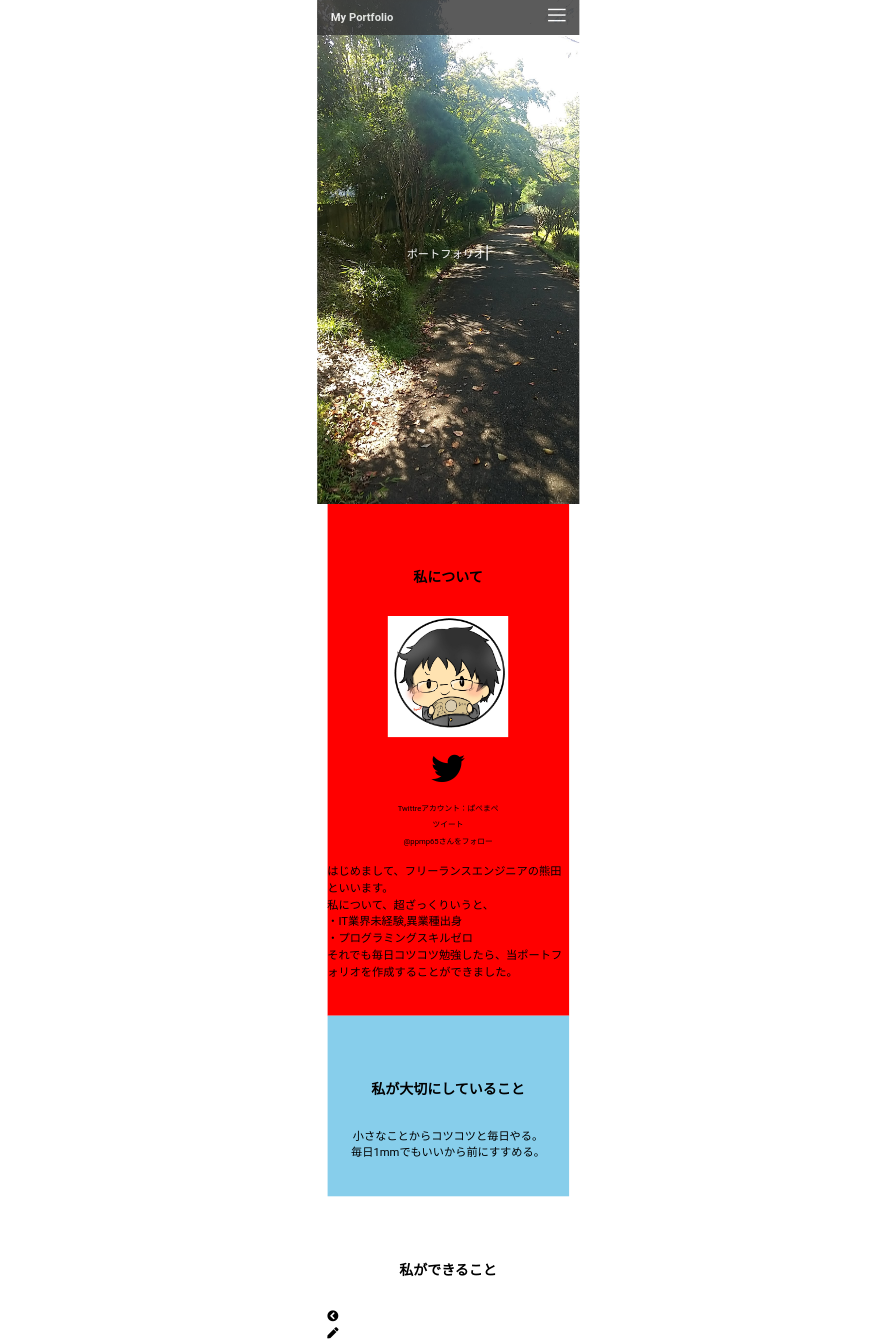
Repository: ppmp556/portfolio6
Page: index copy.html
An editor plug-in stored every save of this project. The page is shown before and after the next save, followed by the edit.
The browser window is 1280 px wide. The pictures show the part of the page from y = 0 to 1920 px (the page is 3189 px tall), at 70% of full size.
Some web libraries are served in a nearby version. The style sheet was rebuilt from its Sass, Less or Tailwind sources for each picture, by a compiler version that may differ from the author's.

Above is the page before, as saved 2020-10-12 21:33:16.
Console error: TypeError: Cannot read properties of null (reading 'addEventListener')

### index copy.html
<!DOCTYPE html>
<html ja>
  <head>
    <meta charset="utf-8" />
    <meta
      name="viewport"
      content="width=device-width, initial-scale=1.0, maximum-scale=1.0, minimum-scale=1.0"
    />
    <title>ポートフォリオ</title>
    <link rel="stylesheet" href="css/faundation.css" />
    <link rel="stylesheet" href="css/main.css" />
    <link
      href="https://use.fontawesome.com/releases/v5.6.1/css/all.css"
      rel="stylesheet"
    />
    <script src="https://ajax.googleapis.com/ajax/libs/jquery/3.4.1/jquery.min.js"></script>
  </head>

  <body>
    <div class="container">

      <div class="kv" id="kv">
        <div class="kv_container">
          <img src="images/道.jpg" alt="" class="kv_img">


          <!-- <img src="/images/3566338_s.jpg" alt="" class="kv_img"> -->
          <!-- <img src="/images/3566338_s.jpg" alt="" class="kv_img"> -->
          <!-- <img src="/images/3566338_s.jpg" alt="" class="kv_img"> -->
          <!-- <img src="/images/3566338_s.jpg" alt="" class="kv_img"> -->
          <div class="kv_wrapper line">
            <p class="kv_animetype">
                ポートフォリオ<span class="line_type">|</span>
            </p><!-- /.kv_animetype -->

          </div><!-- /.kv_wrapper -->
        </div><!-- /.kv_container -->
      </div>
      <!-- /#kv.kv -->

      <header class="header" id="top">
        <div class="header_inner flex">
          <h1 class="header_ttl"><a href="index.html">My Portfolio</a></h1>
          <!-- /.header_ttl -->

          <nav class="nav">
            <!-- ハンバーガーメニュー部分 -->

            <div class="nav_ham" id="nav_toggle">
              <span class="nav_line tg1"></span>
              <span class="nav_line tg2"></span>
              <span class="nav_line tg3"></span>
            </div>
            <!-- ハンバーガーメニューここまで -->

            <ul class="nav_list flex">
              <div class="nav_inner">
                <li class="nav_item">
                  <a href="#Top" class="nav_link">TOP</a>
                </li>
                <!-- /.nav_item -->
                <li class="nav_item">
                  <a href="#about" class="nav_link">Profile</a>
                </li>
                <!-- /.nav_item -->
                <li class="nav_item">
                  <a href="#skill" class="nav_link">Skill</a>
                </li>
                <!-- /.nav_item -->
                <li class="nav_item">
                  <a href="#blog" class="nav_link">Blog</a>
                </li>
                <!-- /.nav_item -->
                <li class="nav_item">
                  <a href="#create" class="nav_link">Create</a>
                </li>
                <!-- /.nav_item -->
              </div><!-- /.nav_inner -->
            </ul>
            <!-- /.nav_list -->
          </nav>
          <!-- /.nav -->
        </div><!-- /.header_inner -->
      </header>
      <!-- /.header -->



      <main class="main_container">
        <div class="inner">

          <section class="about" id="about">
            <h2 class="section_ttl">私について</h2>
            <!-- /.section_ttl -->

            <div class="section_inner">
              <div class="about_left">
                <div class="about_imgbox">
                  <img src="images/アイコン.jpg" alt="" class="about_img">
                  <div class="about_share">
                    <a href="" class="about_share_icon">
                      <i class="fab fa-twitter fa-3x share"></i>
                      <p class="about_sharetxt">Twittreアカウント：ぱぺまぺ</p>
                      <!-- /.about_sharetxt --> </a
                    ><!-- /.about_share_icon -->
                      <br>
                    <a
                      href="https://twitter.com/share"
                      class="twitter_share_button"
                      data-via="webgaku"
                      data-lang="ja"
                      >ツイート</a
                    >
                      <br>
                    <a
                      href="https://twitter.com/ppmp65"
                      class="twitter_follow_button"
                      data-show-count="false"
                      data-lang="ja"
                      >@ppmp65さんをフォロー</a
                    >
                  </div>
                  <!-- /.about_share -->
                </div>
                <!-- /.about_imgbox -->
              </div>
              <!-- /.about_left -->

              <div class="about_right">
                <p class="about_txt">
                  はじめまして、フリーランスエンジニアの熊田といいます。<br />
                  私について、超ざっくりいうと、<br />

                  ・IT業界未経験,異業種出身 <br />
                  ・プログラミングスキルゼロ<br />

                  それでも毎日コツコツ勉強したら、当ポートフォリオを作成することができました。
                </p>
                <!-- /.about_txt -->
              </div>
              <!-- /.about_right -->
            </div>
            <!-- /.section_inner -->
          </section>
          <!-- /#about.about -->

          <section class="policy" id="policy">
            <h2 class="section_ttl">私が大切にしていること</h2>
            <!-- /.section_ttl -->

            <div class="policy_animebox">
              <div class="policy_anime">
                <p class="policy_txt">
                  小さなことからコツコツと毎日やる。<br />
                  毎日1mmでもいいから前にすすめる。
                </p>
                <!-- /.policy_txt -->
              </div>
              <!-- /.policy_anime -->
            </div>
            <!-- /.policy_anime -->
          </section>
          <!-- /#policy.policy -->

          <section class="skill" id="skill">
            <div class="scroll_fade_row">
              <h2 class="section_ttl">私ができること</h2>
              <!-- /.section_ttl -->

              <div class="skill_box">
                <div class="skill_content">
                  <div class="slide_btn prev">
                    <i class="fas fa-chevron-circle-left"></i>
                  </div>
                  <!-- /.slide_btn -->

                  <div class="skill_inner">
                    <div class="skill_inbox slide active">
                      <i class="skillIcon fas fa-pen"></i>
                      <p class="skill_inboxttl">執筆</p>
                      <!-- /.skill_inboxttl -->
                      <p class="skill_txt">
                        文章を考えるのが好きです<br />
                        ブログ執筆で毎日1000～2000文字程度<br />
                        書いています。<br />
                        ブログは毎日1日1記事更新。
                      </p>
                      <!-- /.skill_txt -->
                    </div>
                    <!-- /.skill_inbox -->

                    <div class="skill_inbox slide active">
                      <i class="skillIcon fas fa-code"></i>
                      <p class="skill_inboxttl">コーディング</p>
                      <!-- /.skill_inboxttl -->
                      <p class="skill_txt">
                        独学とプログラミングスクール併用<br />
                        全くの知識ゼロから始めました。<br />
                      </p>
                      <!-- /.skill_txt -->
                    </div>
                    <!-- /.skill_inbox -->

                    <div class="skill_inbox slide active">
                      <i class="skillIcon fas fa-pen"></i>
                      <p class="skill_inboxttl">執筆</p>
                      <!-- /.skill_inboxttl -->
                      <p class="skill_txt">
                        文章を考えるのが好きです<br />
                        ブログ執筆で毎日1000～2000文字程度<br />
                        書いています。<br />
                        ブログは毎日1日1記事更新。
                      </p>
                      <!-- /.skill_txt -->
                    </div>
                    <!-- /.skill_inbox -->

                    <div class="skill_inbox slide active">
                      <i class="skillIcon fas fa-cog"></i>
                      <p class="skill_inboxttl">執筆</p>
                      <!-- /.skill_inboxttl -->
                      <p class="skill_txt">
                        文章を考えるのが好きです<br />
                        ブログ執筆で毎日1000～2000文字程度<br />
                        書いています。<br />
                        ブログは毎日1日1記事更新。
                      </p>
                      <!-- /.skill_txt -->
                    </div>
                    <!-- /.skill_inbox -->
                  </div>
                  <!-- /.skill_inner -->
                </div>
                <!-- /.skill_content -->
              </div>
              <!-- /.skill_box -->
            </div>
            <!-- /.scroll_fade_row -->
          </section>
          <!-- /#skill.skill -->

          <section class="blog" id="blog">
            <div class="scroll_fade_row">
              <h2 class="section_ttl">ブログ</h2>
              <!-- /.section_ttl -->

              <div class="section_inner">
                <h3 class="blog_txt">ぱぺまぺの低年収者のための資産運用計画</h3>
                <!-- /.blog_txt -->

                <div class="blog_imgbox">
                  <a href="https://ppmp556.com"
                    >https://ppmp556.com
                    <img
                      class="blogImg"
                      src="images/invest01.png"
                      alt="ブログ1"
                    />
                  </a>
                </div>
                <!-- /.blog_imgbox -->
                <div class="blog_txtbox">
                  <p class="blog_txt">
                    投資ブログです。<br />
                    資金が少なくてもできる投資や、<br />
                    初心者向けの投資、投資についての考え方や<br />
                    ヒントなどを発信しています。（1日1記事更新）
                  </p>
                  <!-- /.blog_txt -->
                </div>
                <!-- /.blog_txtbox -->
              </div>
              <!-- /.section_inner -->
            </div>
            <!-- /.scroll_fade_row -->
          </section>
          <!-- /#blog.blog -->

          <section class="create" id="create">
            <div class="scroll_fade_row">
              <h2 class="section_ttl">制作物</h2>
              <!-- /.section_ttl -->
              <div class="section_inner">
                <div class="create_imgbox">
                  <p class="create_ttl">ポートフォリオ<br />（このサイト）</p>
                  <!-- /.create_ttl -->

                  <!-- アコーディオンメニュー実装する -->
                </div>
                <!-- /.create_imgbox -->
              </div>
              <!-- /.section_inner -->
            </div>
            <!-- /.scroll_fade_row -->
          </section>
          <!-- /#create.create -->
        </div>
        <!-- /.inner -->
      </main>

      <footer class="footer">
        <ul class="footer_list">
          <li class="footer_nav">
            <a href="" class="footer_link"></a>
          </li>
          <!-- /.footer_nav -->
          <li class="footer_nav">
            <a href="" class="footer_link"></a>
          </li>
          <!-- /.footer_nav -->
          <li class="footer_nav">
            <a href="" class="footer_link"></a>
          </li>
          <!-- /.footer_nav -->
          <li class="footer_nav">
            <a href="" class="footer_link"></a>
          </li>
          <!-- /.footer_nav -->
          <li class="footer_nav">
            <a href="" class="footer_link"></a>
          </li>
          <!-- /.footer_nav -->
        </ul>
        <!-- /.footer_list -->

        <div class="footer_copy">
          <small class="footer_txt">@ copyright</small
          ><!-- /.footer_txt -->
        </div>
        <!-- /.footer_copy -->
      </footer>
      <!-- /.footer -->
    </div>
    <!-- /.container -->

    <!-- <btn id="page-top"><a href="#top">PAGE TOP</a></btn> -->
    <script src="https://code.jquery.com/jquery-3.4.1.js"></script>
    <script src="main.js"></script>
  </body>
</html>

### css/faundation.css
/*
html5doctor.com Reset Stylesheet
v1.6.1
Last Updated: 2010-09-17
Author: Richard Clark - http://richclarkdesign.com
Twitter: @rich_clark
*/

html,
body,
div,
span,
object,
iframe,
h1,
h2,
h3,
h4,
h5,
h6,
p,
blockquote,
pre,
abbr,
address,
cite,
code,
del,
dfn,
em,
img,
ins,
kbd,
q,
samp,
small,
strong,
sub,
sup,
var,
b,
i,
dl,
dt,
dd,
ol,
ul,
li,
fieldset,
form,
label,
legend,
table,
caption,
tbody,
tfoot,
thead,
tr,
th,
td,
article,
aside,
canvas,
details,
figcaption,
figure,
footer,
header,
hgroup,
menu,
nav,
section,
summary,
time,
mark,
audio,
video {
  margin: 0;
  padding: 0;
  border: 0;
  outline: 0;
  font-size: 100%;
  vertical-align: baseline;
  background: transparent;
}

body {
  line-height: 1.5;
}

article,
aside,
details,
figcaption,
figure,
footer,
header,
hgroup,
menu,
nav,
section {
  display: block;
}

nav ul {
  list-style: none;
}

table {
  border-collapse: collapse;
  border-spacing: 0;
}


a {
  color: inherit;
  text-decoration: none;
}


img {
  width: 100%;

  /*画像がはみでるのを防ぐ　max-width*/
  max-width: 100%;
  height: auto;

  vertical-align: bottom;
}

/* h1,h2,h3,h4,h5,h6 { */
/* font-weight: bold; */
/* } */

### css/main.scss
@charset 'utf-8';

/****************************************:

全体のスタイル

*****************************************:*/


$cWhite: #ffffff;
$cOcher: #c1a250;
$cBlack: #333;
$cGray: rgb(139, 137, 137);
$cBgColor: #eaebed;


$widthPc: 1024px;
$widthTab: 764px;
$widthSp: 480px;

@mixin fontsize($cFontSz: 3.6rem) {
    font-size: $cFontSz;
    color: $cWhite;
}





@mixin pc {
    @media screen and (min-width: $widthPc) {
        @content;
    }
}


@mixin tab {
    @media screen and (min-width: $widthTab) and (max-width: $widthPc) {
        @content;
    }
}



html {
    // ルートのフォントサイズ 10pxに設定
    font-size: 62.5%;
}

body {
    // デフォルトのフォントサイズ 16pxと同等のサイズに設定
    font-size: 1.6em;
    font-size: 16px;
    width: 375px;
    margin: 0 auto;
    font-family: "Roboto", sans-serif, "Noto Sans";
}


* {
    box-sizing: border-box;
}


.overall {
    font-family: "Yu Gothic", YuGothic, "Hiragino Kaku Gothic Pro", "YuGothic",
        "Meiryo", verdana, "Osaka", "MS PGothic", Sans-Serif, "Yu Mincho",
        YuMincho, "MS P Mincho", serif;

    background-color: $cBgColor;
}

.container {
    width: 100%;
    margin: 0 auto;
    // color: $cWhite;
    position: relative;
    overflow: hidden;
}



.mock {
    /* モック画像 */
    position: absolute;
    top: 0;
    left: 0;
    right: 0;
    margin: 0 auto;
    width: 375px;
    opacity: 0.3;

    /* 反転 */
    filter: hue-rotate(180deg);

    /* テキストを掴まないように */
    pointer-events: none;

    z-index: 999;
}



.flex {
    display: flex;
    justify-content: space-between;
}

.inner {
    margin: 0 auto;
    padding: 0 15px;
}

.section_ttl {
    display: block;
    text-align: center;
    margin: 40px 0;
    font-size: 2rem;
}

/****************************************:

kv

*****************************************:*/

.kv {
    position: relative;


    &_container {
        height: 100vh;

    }

    &_img {
        width: 100%;
        height: 100%;
        display: block;
    }

    &_wrapper {
        position: absolute;
        top: 50%;
        left: 50%;
        transform: translate(-50%, -50%);
    }

    &_animetype {
        color: $cWhite;
    }


}


/****************************************:
タイプアニメーション
*****************************************:*/


.line {
    // position: relative;
    top: 50%;
    width: 24em;
    text-align: center;
    margin: 0 auto;
    font-size: 100%;
    white-space: nowrap;
    overflow: hidden;
    animation: type 2.5s steps(80, end);
    animation: typewriter 4s steps(60) 1s 1 normal both,
    /* normal:標準の方向で実行、both:forwardsとbackwardsの両方の規定に従う */
    blinkTextCursor 500ms steps(60) infinite normal;

    &_type {
        font-size: 25px;
        animation: blink 1s infinite;
        /* blink:点滅、infinite:無限に繰り返す */
    }
}



@keyframes type {
    from { width: 0; }
    to   {width: 100%; }
}


@keyframes blink {
    to{opacity: .0;}
}


@keyframes typewriter {
    from { width: 0; }
    to { width: 24em; }
}

@keyframes blinkTextCursor{/*点滅するカーソルのアニメーション*/
    from { border-right-color: $cWhite; }
    to { border-right-color: transparent; }
}





/****************************************:

policy

*****************************************:*/

.policy {
    padding: 50px 0;
    background-color: skyblue;
    margin: 0 auto;

    &_txt {
        text-align: center;

    }
}









/****************************************:

skill

*****************************************:*/


.skill {
    padding: 50px 0;
}














/****************************************:

header

*****************************************:*/

.header {
    position: absolute;
    top: 0;
    left: 0;
    width: 100%;
    background-color: $cBlack;
    opacity: 0.8;
    padding: 0 20px;
    line-height: 50px;
    color: $cWhite;
    z-index: 99;

    &.clicked {
        background-color: transparent;
    }

    &_inner.clicked {
        width: 85%;
        padding: 0 20px;
        margin-left: 35%;
        background-color: red;
        transition: .3s;
    }
}









/****************************************:

nav

*****************************************:*/

.nav {
    position: relative;



    &_list {
        position: absolute;
        right: -1000px;
        // right: -5vw;
        display: flex;
        flex-direction: column;

        &.clicked {
            right: -5vw;
            transition: .6s;
        }
    }

    &_inner {
        background-color: red;
        height: 88.9vh;
        width: 60.1vw;
        margin-top: 17%;

    }

    // ハンバーガーメニュー
    &_ham {
        cursor: pointer;
        position: absolute;
        top: 50%;
        right: 0;
        transform: translateY(-50%);
        // background-color: #ffffff;
        width: 25px;
        height: 25px;
        z-index: 100;

        &.clicked {
            right: 40px;
        }
    }

    &_line {
        position: absolute;
        width: 100%;
        height: 2px;
        background-color: $cWhite;

        &:nth-child(1) {
            top: 0px;
            // left: -5px;

        }

        &:nth-child(2) {
            top: 8px;
            // left: 5px;
        }

        &:nth-child(3) {
            top: 16px;
            /* left: -5px; */
        }

        &.clicked:nth-child(1) {
            transform: translateY(12px) rotate(-315deg);
            transition: .5s;

        }
        &.clicked:nth-child(2) {
            left: 0;
            transition: .9s;
            opacity: 0;

        }
        &.clicked:nth-child(3) {
            transform: translateY(-4px) rotate(315deg);
            transition: .5s;

        }




    }

    &_item {
        text-align: center;
    }


}




/****************************************:

about

*****************************************:*/

.about {
    padding: 50px 0;
    background-color: red;

    &_imgbox {
        width: 50%;
        margin: 0 auto;
    }

    &_img {
        display: block;
        width: 100%;
        height: 100%;
    }

    &_share {
        text-align: center;

        &_icon {
            width: 100%;
        }
    }
    &_sharetxt {
        display: inline-block;
        font-size: 1.1rem;
    }

    &_left {
        margin: 20px 0;
    }
}

.share {
    padding: 20px 0;

    &:hover {
        margin-bottom: 5px;
    }
}

.twitter {

    &_share_button {
        font-size: 1.1rem;
    }

    &_follow_button {
        font-size: 1.1rem;
    }
}

.fa-twitter {
    font-size: 2rem;
}

Loaded but not shown: main.js (197 lines, source omitted)

After the next save:
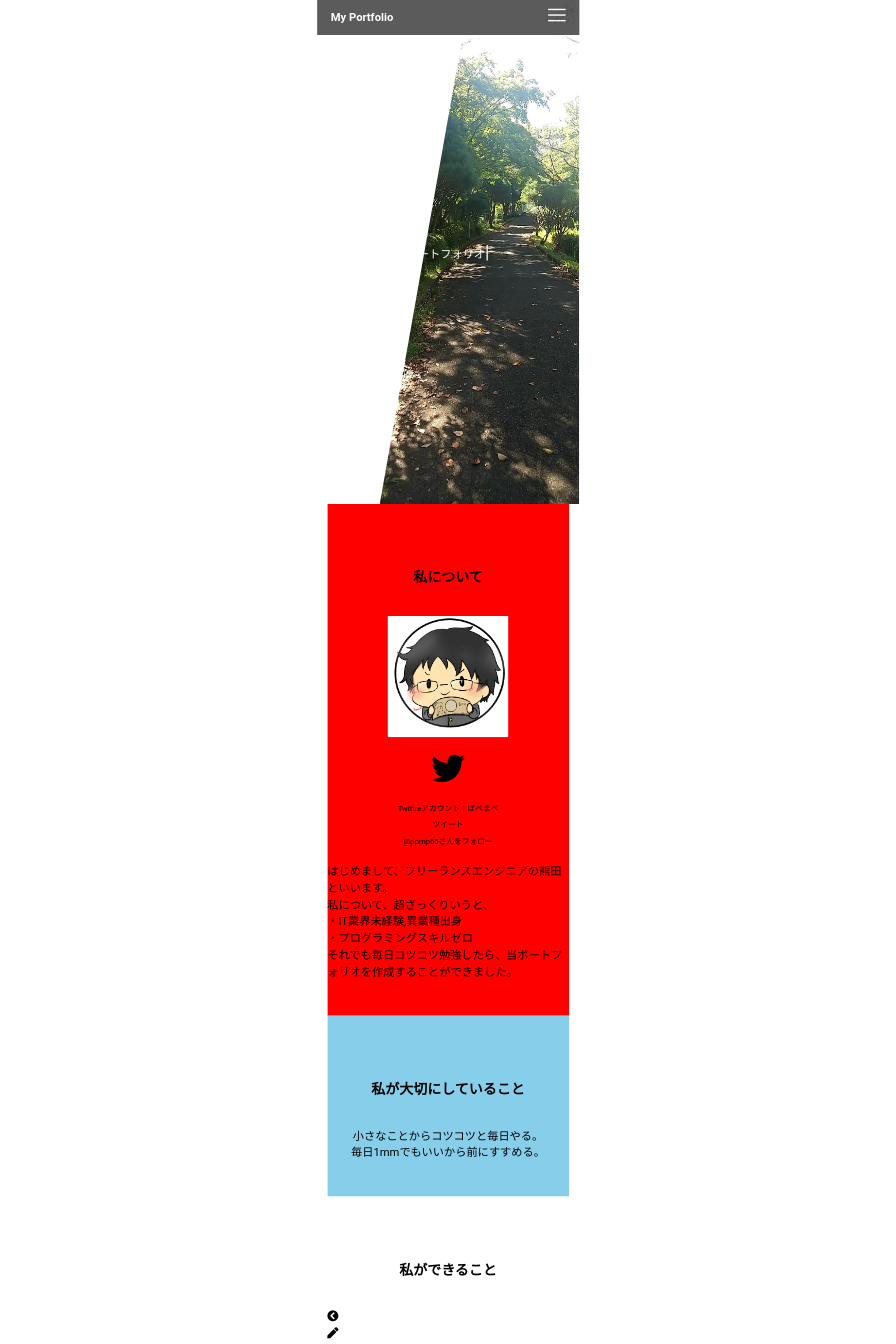
Saved 5 min 38 s later.
--- a/css/main.scss
+++ b/css/main.scss
@@ -131,12 +131,15 @@ kv
     &_container {
         height: 100vh;
 
+        clip-path: polygon(58% 0, 100% 0, 100% 100%, 24% 100%);
+
     }
 
     &_img {
         width: 100%;
         height: 100%;
         display: block;
+
     }
 
     &_wrapper {
